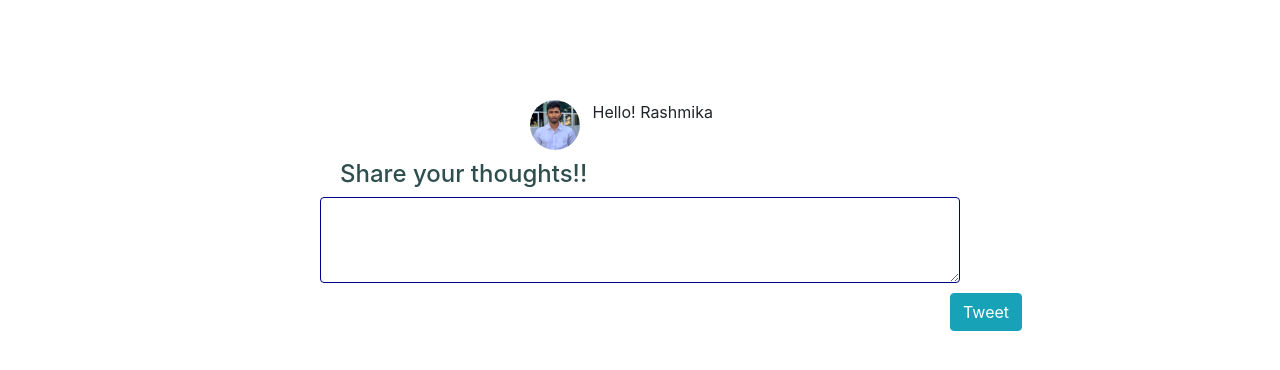
Repository: rashmikagamage/OAuth-Implementation
Page: / (app in frontend/)
An editor plug-in stored every save of this project. The page is shown before and after the next save, followed by the edit.
The browser window is 1280 px wide. The pictures show the whole page.
Some web libraries are served in a nearby version. The project was rebuilt for these pictures with package versions that can differ from the ones it lists, and the page was loaded fresh each time. Also part of the build but not shown: frontend/src/components/login.js, frontend/src/components/git-home.js, frontend/src/App.css.

Above is the page before, as saved 2021-09-08 10:44:12.

After the next save:
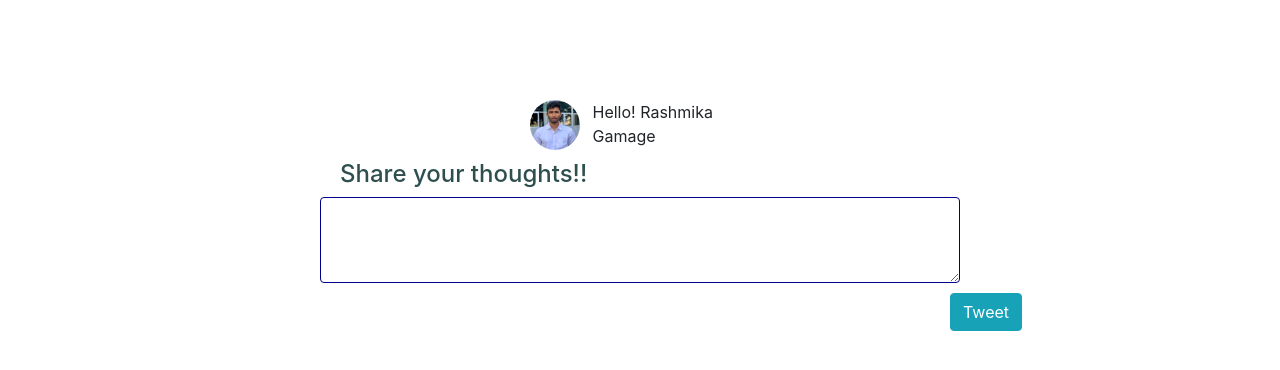
Saved 2 min 2 s later.
--- a/frontend/src/components/twitter-home.js
+++ b/frontend/src/components/twitter-home.js
@@ -5,6 +5,7 @@ const axios = require("axios").default;
 
 function TwitterHome(props) {
 
+  const [username,setUserName] = useState("Rashmika Gamage");
     function tweet(){
 
     }
@@ -16,7 +17,7 @@ function TwitterHome(props) {
           <img src={avatar} alt="Avatar" class="avatar"></img>
           </div>
           <div class="col-sm">
-          Hello! Rashmika
+          Hello! {username}
           </div>
         </div>
       </div>
